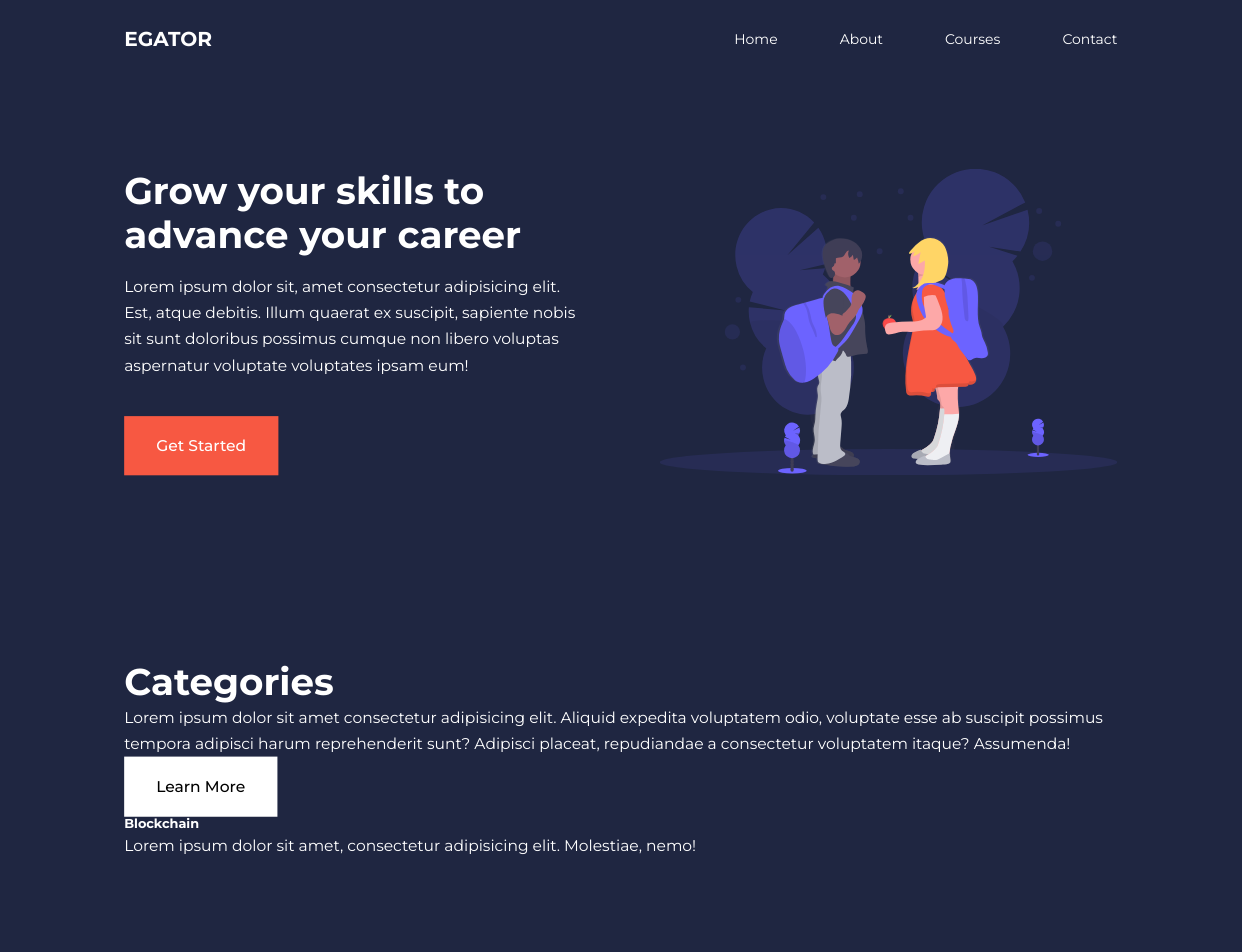
Repository: QUANGTHAI2003/education-web
Page: index.html
These files come from the project's save history. The page is drawn as it stood at one moment and after the next save; the edit follows.
The browser window is 1280 px wide. The pictures show the whole page, at 97% of full size.
Some icons come from a web library that is not loaded, so they are not drawn.

Above is the page before, as saved 2022-03-11 11:04:52.

### index.html
<!DOCTYPE html>
<html lang="en">
    <head>
        <meta charset="UTF-8" />
        <meta http-equiv="X-UA-Compatible" content="IE=edge" />
        <meta name="viewport" content="width=device-width, initial-scale=1.0" />
        <title>Responsive Multipage Education</title>
        <!-- ICONSCOUT CDN -->
        <link
            rel="stylesheet"
            href="https://unicons.iconscout.com/release/v2.1.6/css/unicons.css"
        />
        <!-- GOOGLE FONTS -->
        <link rel="preconnect" href="https://fonts.googleapis.com" />
        <link rel="preconnect" href="https://fonts.gstatic.com" crossorigin />
        <link
            href="https://fonts.googleapis.com/css2?family=Montserrat:wght@300;400;500;600;700;800;900&family=Poppins:wght@300;400;600&display=swap"
            rel="stylesheet"
        />

        <link rel="stylesheet" href="./css/style.css" />
    </head>

    <body>
        <nav>
            <div class="container nav__container">
                <a href="index.html">
                    <h4>EGATOR</h4>
                </a>
                <ul class="nav__menu">
                    <li><a href="index.html">Home</a></li>
                    <li><a href="about.html">About</a></li>
                    <li><a href="courses.html">Courses</a></li>
                    <li><a href="contact.html">Contact</a></li>
                </ul>
                <button id="open-menu-btn">
                    <i class="uil uil-bars"></i>
                </button>
                <button id="close-menu-btn">
                    <i class="uil uil-multiply"></i>
                </button>
            </div>
        </nav>
        <!-- END OF NAVBAR -->
        <header>
            <div class="container header__container">
                <div class="header__left">
                    <h1>Grow your skills to advance your career</h1>
                    <p>
                        Lorem ipsum dolor sit, amet consectetur adipisicing
                        elit. Est, atque debitis. Illum quaerat ex suscipit,
                        sapiente nobis sit sunt doloribus possimus cumque non
                        libero voluptas aspernatur voluptate voluptates ipsam
                        eum!
                    </p>
                    <a href="courses.html" class="btn btn-primary"
                        >Get Started</a
                    >
                </div>
                <div class="header__right">
                    <div class="header__right-image">
                        <img src="./images/header.svg" />
                    </div>
                </div>
            </div>
        </header>
        <!-- END OF HEADER -->
        <section class="categories">
            <div class="container categories__container">
                <div class="categories__left">
                    <h1>Categories</h1>
                    <p>
                        Lorem ipsum dolor sit amet consectetur adipisicing elit.
                        Aliquid expedita voluptatem odio, voluptate esse ab
                        suscipit possimus tempora adipisci harum reprehenderit
                        sunt? Adipisci placeat, repudiandae a consectetur
                        voluptatem itaque? Assumenda!
                    </p>
                    <a href="#" class="btn">Learn More</a>
                </div>
                <div class="categories__right">
                    <article class="category">
                        <span class="category__icon"
                            ><i class="uil uil-bitcoin-circle"></i
                        ></span>
                        <h5>Blockchain</h5>
                        <p>
                            Lorem ipsum dolor sit amet, consectetur adipisicing
                            elit. Molestiae, nemo!
                        </p>
                    </article>
                </div>
            </div>
        </section>
    </body>
</html>

### css/style.css
* {
    margin: 0;
    padding: 0;
    border: 0;
    outline: 0;
    text-decoration: none;
    list-style: none;
    box-sizing: border-box;
}

:root {
    --color-primary: #6c63ff;
    --color-success: #00bf8e;
    --color-warning: #f7c94b;
    --color-danger: #f75842;
    --color-danger-variant: rgba(247, 88, 66, 0.4);
    --color-white: #fff;
    --color-light: rgba(255, 255, 255, 0.7);
    --color-black: #000;
    --color-bg: #1f2641;
    --color-bg1: #2e3267;
    --color-bg2: #424890;

    --container-width-lg: 80%;
    --container-width-md: 90%;
    --container-width-sm: 94%;

    --transition: all 400ms ease;
}

body {
    font-family: 'Montserrat', sans-serif;
    line-height: 1.7;
    color: var(--color-white);
    background: var(--color-bg);
}

.container {
    width: var(--container-width-lg);
    margin: 0 auto;
}

section {
    padding: 6rem 0;
}

section h2 {
    text-align: center;
    margin-bottom: 4rem;
}

h1,
h2,
h3,
h4,
h5 {
    line-height: 1.2;
}

h1 {
    font-size: 2.4rem;
}

h2 {
    font-size: 2rem;
}

h3 {
    font-size: 1.3rem;
}

h4 {
    font-size: 1.3rem;
}

a {
    color: var(--color-white);
}

img {
    width: 100%;
    display: block;
    object-fit: cover;
}

.btn {
    display: inline-block;
    background: var(--color-white);
    color: var(--color-black);
    padding: 1rem 2rem;
    border: 1px solid transparent;
    font-weight: 500;
    transition: var(--transition);
}

.btn:hover {
    background: transparent;
    color: var(--color-white);
    border-color: var(--color-white);
}

.btn-primary {
    background: var(--color-danger);
    color: var(--color-white);
}

/* ================= NAVBAR =================*/
nav {
    background: transparent;
    width: 100vw;
    height: 5rem;
    position: fixed;
    top: 0;
    z-index: 11;
}

.nav__container {
    height: 100%;
    display: flex;
    justify-content: space-between;
    align-items: center;
}

nav button {
    display: none;
}

.nav__menu {
    display: flex;
    align-items: center;
    gap: 4rem;
}

.nav__menu a {
    font-size: 0.9rem;
    transition: var(--transition);
}

.nav__menu a:hover {
    color: var(--color-bg2);
}

/* ================= HEADER =================*/
header {
    position: relative;
    top: 5rem;
    overflow: hidden;
    height: 70vh;
    margin-bottom: 5rem;
}

.header__container {
    display: grid;
    grid-template-columns: repeat(2, 1fr);
    align-items: center;
    gap: 5rem;
    height: 100%;
}

.header__left p {
    margin: 1rem 0 2.4rem;
}

After the next save:
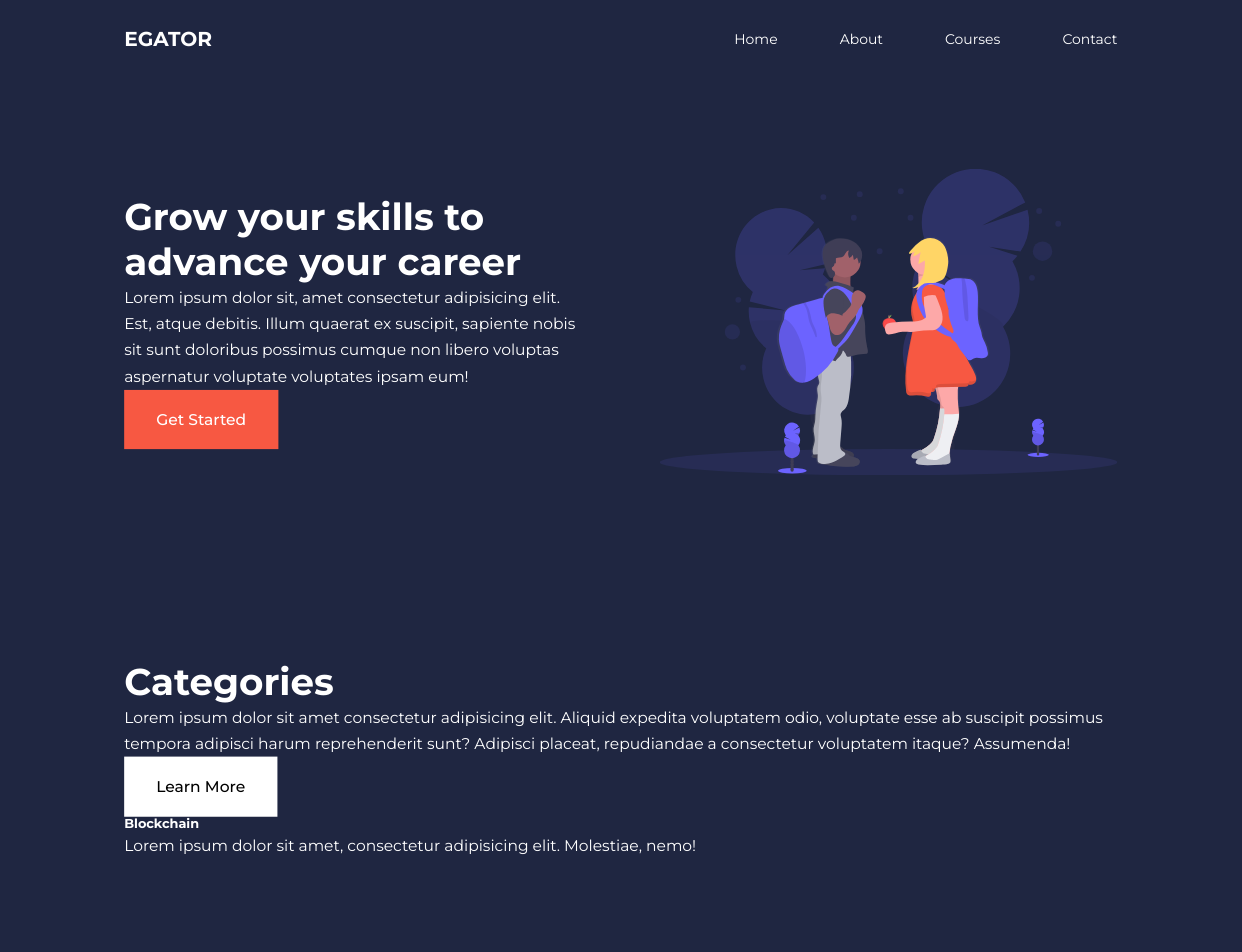
Saved 4 min 34 s later.
--- a/css/style.css
+++ b/css/style.css
@@ -158,5 +158,3 @@ header {
 }
 
 .header__left p {
-    margin: 1rem 0 2.4rem;
-}
